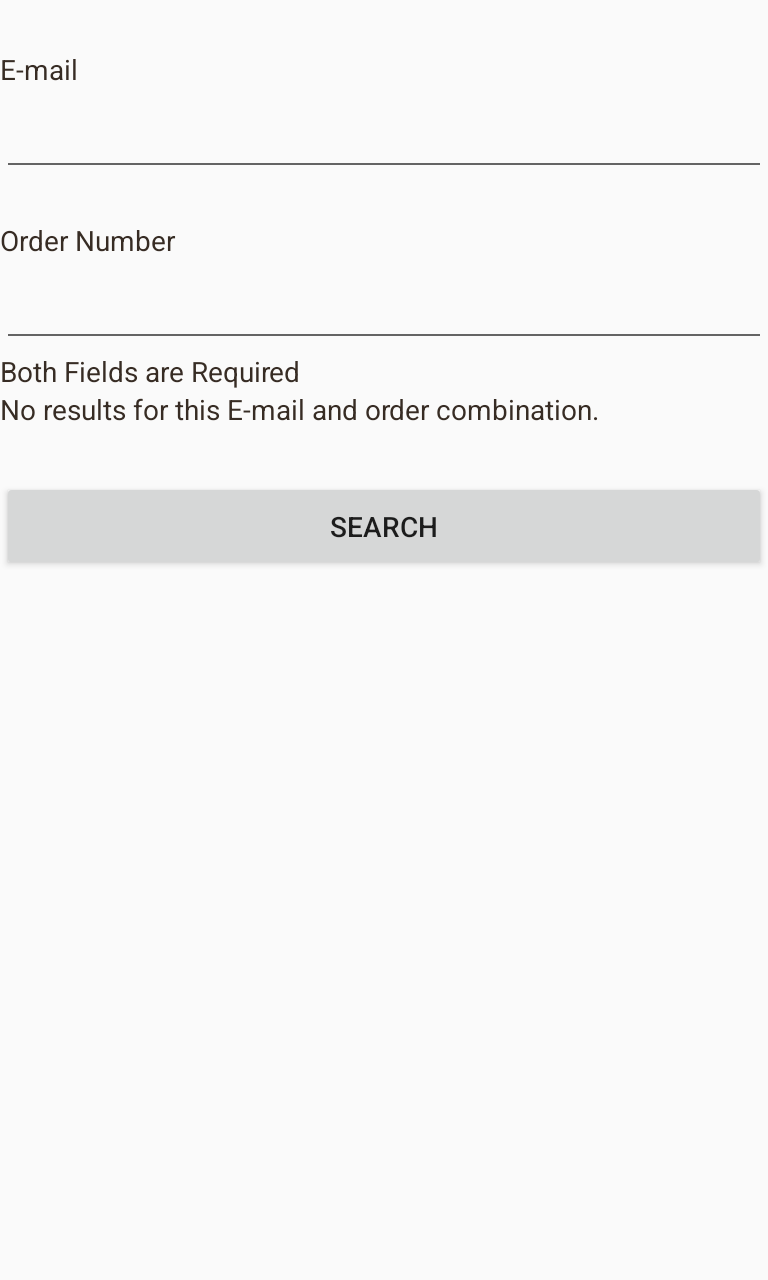
Repository: j-leon/workspace
Layout: ShorexTickets/res/layout/logscreen.xml
An editor plug-in stored every save of this project. The layout is shown before and after the next save, followed by the edit.
It is drawn on a 768 x 1280 px phone screen (xhdpi) without system bars, with theme AppTheme; the app's code is not run.

Above is the layout before, as saved 2014-10-06 20:47:53.

After the next save:
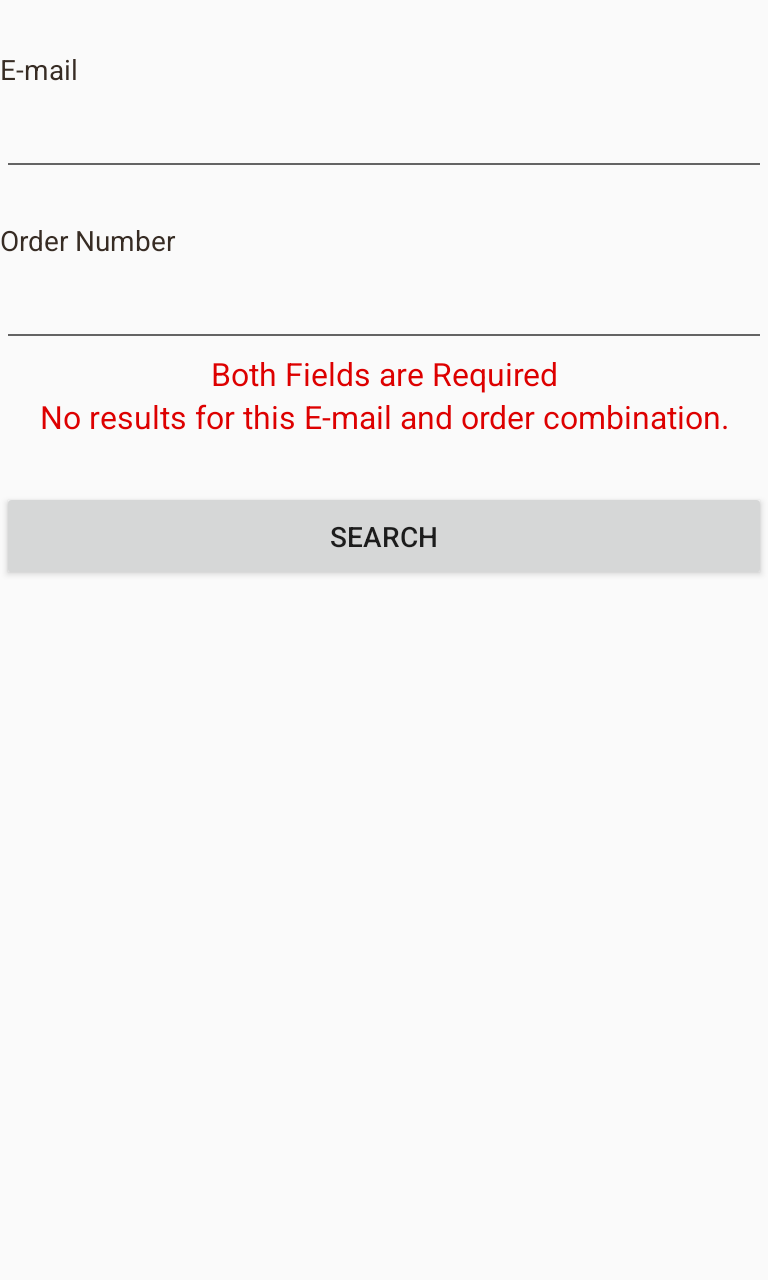
Saved 4 min 59 s later.
--- a/ShorexTickets/res/layout/logscreen.xml
+++ b/ShorexTickets/res/layout/logscreen.xml
@@ -16,7 +16,7 @@
                 android:layout_marginTop="5dip"
                 android:layout_marginBottom="20dip"
                 android:singleLine="true"
-                android:inputType= "text"
+                android:inputType= "textEmail"
                 android:id="@+id/email"/>
 
            <TextView android:layout_width="fill_parent"
@@ -31,22 +31,25 @@
                 android:id="@+id/orderCode"
           		android:inputType="text"/>
 
-          <TextView android:layout_width="fill_parent"
-              	android:layout_height="wrap_content"
-              	android:textColor="#372c24"
-              	android:text="@string/emptyWarning"
-              	android:id="@+id/emptyWarning"
-              	android:visibility=""
-              	/>
+          <TextView
+              android:id="@+id/emptyWarning"
+              android:layout_width="fill_parent"
+              android:layout_height="wrap_content"
+              android:gravity="center"
+              android:text="@string/emptyWarning"
+              android:textColor="#d00"
+              android:textSize="16sp"
+              android:visibility="visible" />
 
-          <TextView android:layout_width="fill_parent"
-              	android:layout_height="wrap_content"
-              	android:textColor="#372c24"
-              	android:text="@string/wrongWarning"
-              	android:id="@+id/wrongWarning"
-              	android:visibility=""
-              	/>
-
+          <TextView
+              android:id="@+id/wrongWarning"
+              android:layout_width="fill_parent"
+              android:layout_height="wrap_content"
+              android:gravity="center"
+              android:text="@string/wrongWarning"
+              android:textColor="#dd0000"
+              android:textSize="16sp"
+              android:visibility="visible" />
 
           <Button
                 android:layout_width="fill_parent"
